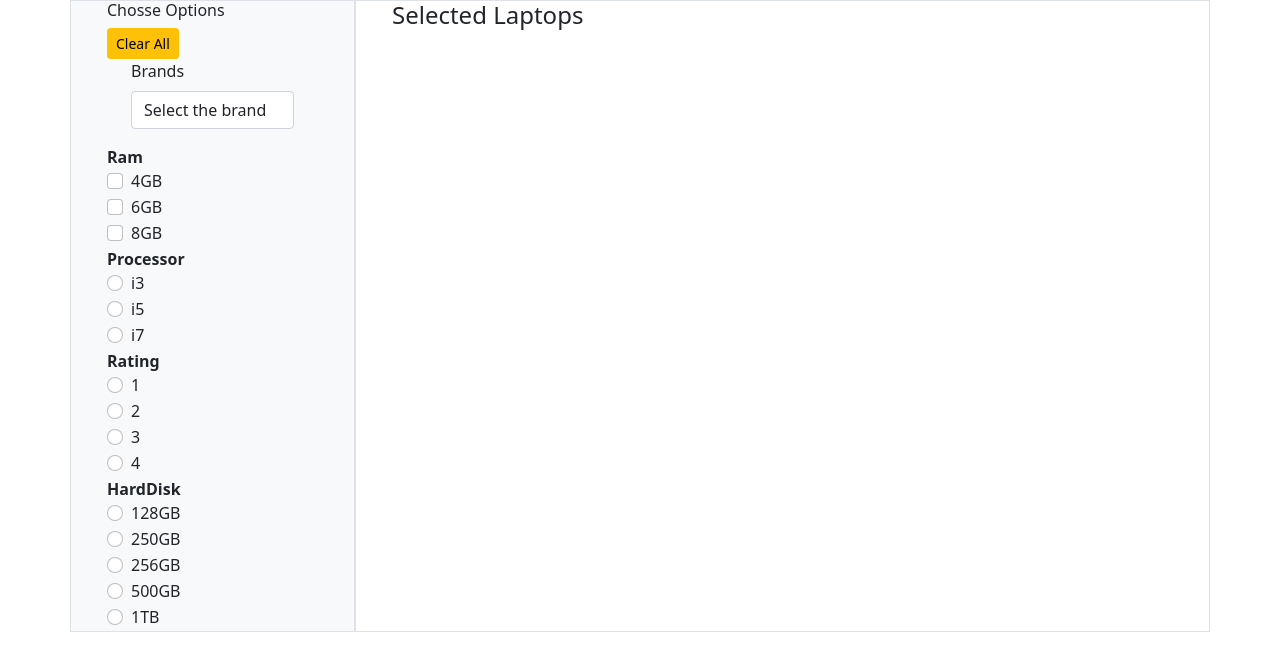
Repository: Sanjayjangra88/combo_app
Page: /
These files come from the project's save history. The page is drawn as it stood at one moment and after the next save; the edit follows.
The browser window is 1280 px wide. The pictures show the whole page.
Some web libraries are served in a nearby version. The project was rebuilt for these pictures with package versions that can differ from the ones it lists, and the page was loaded fresh each time. Also part of the build but not shown: src/App.js.

Above is the page before, as saved 2022-06-03 15:12:46.

After the next save:
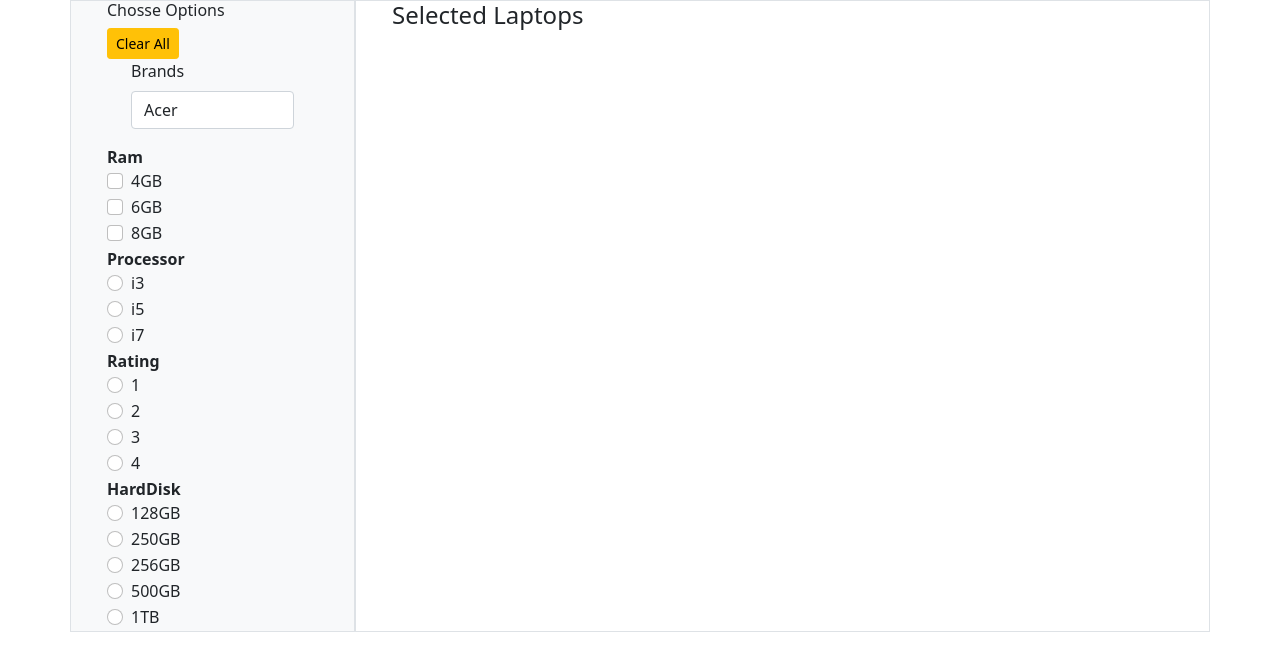
Saved 43 s later.
--- a/src/Components/dropDown4.jsx
+++ b/src/Components/dropDown4.jsx
@@ -25,11 +25,11 @@ export class dropDown4 extends Component {
                 hardDisk: ["128GB","250GB","256GB","500GB","1TB"]
             },
                 optionSell:{
-                    brand:[],
+                    brand:["om"],
                     ram:[],
                     rating:"",
                     processor:"",
-                    hardDisk:"Jangra",
+                    hardDisk:"",
 
                 }
 
